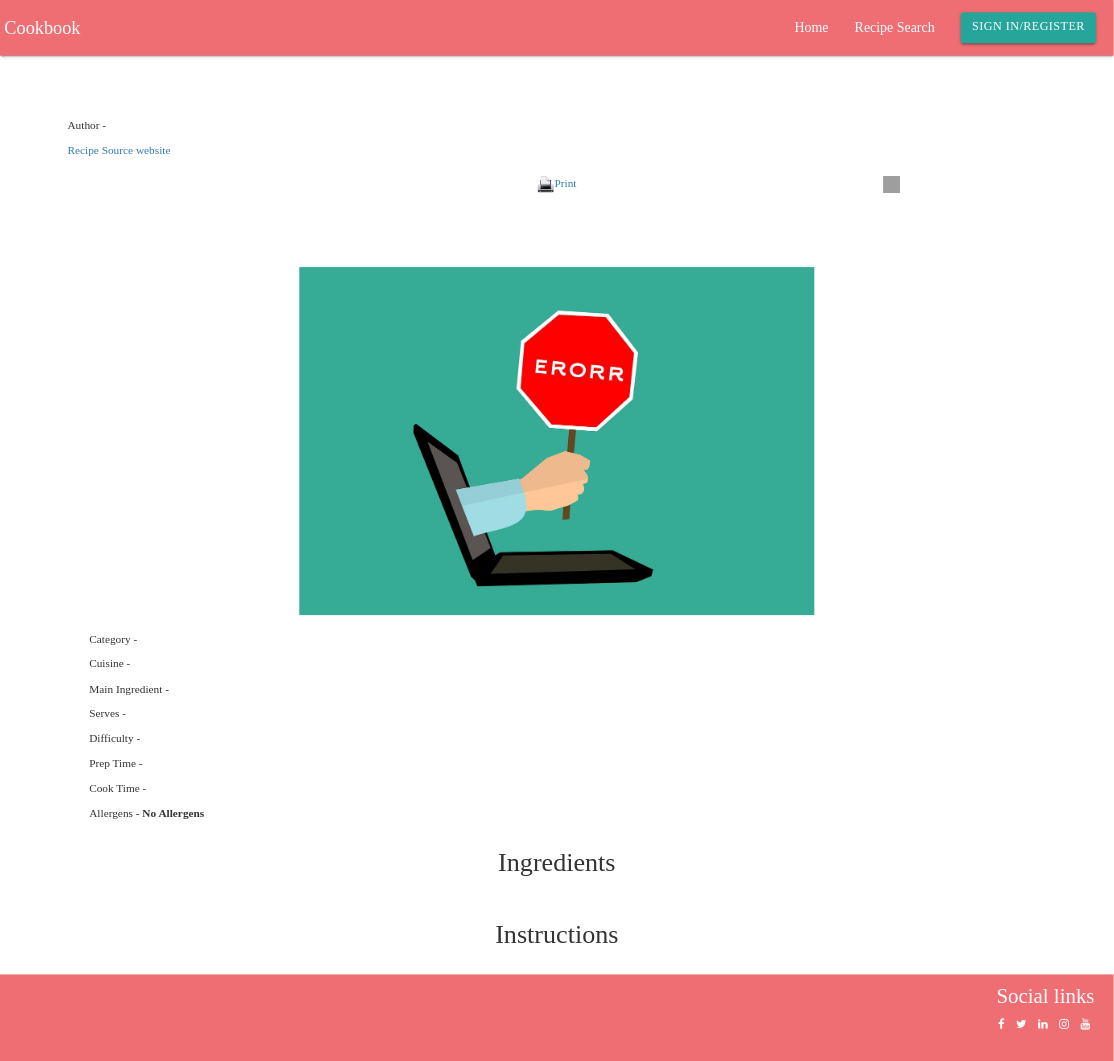
Repository: GrantMCA93/data-centric-dev-milestone-project
Page: templates/viewrecipe.html
The author's editor kept a record of every edit. The page is drawn from the files as they stood at one moment, then again after the next edit.
The browser window is 1280 px wide. The pictures show the whole page, at 87% of full size.
Pictures or frames that could not be fetched are drawn as grey boxes. Some web libraries are served in a nearby version. The template is drawn by Flask 3. The application's start-up code is not run. Other server files are loaded and not shown. The template is opened directly, without the code that normally fills it, so the values that code supplies are empty.

Above is the page before.

### templates/viewrecipe.html
{% extends 'base.html' %} {% block content %}
<div class="row">
    <div class="col-xs-12">

        <h3>{{recipe.recipe_name}}</h3>
        <p>Author - {{recipeauthor_name.username.title()}}</p>
        <a href="{{recipe.recipe_url}}">Recipe Source website </a>
    </div>
</div>
<!-- Print and Rate Recipe Features-->
<div class="row text-center utilities">
    {% if (recipe.author_name != session['userid']) and (session['isLoggedin'] == True)%}
    <!-- Recipe Rate Button -->
    <div class="col-xs-4">
        <form action="{{ url_for('update_vote', recipe_id=recipe._id) }}" method="POST" id="rateme" name="rateme">
            <button type="submit" title="Rate this recipe"><img
                                    src="{{ url_for('static', filename='img/recipes/likebutton.png')}}" style="height:20px; width:20px;" alt="Rate me">Rate</button>
        </form>
    </div>
    {% else %}
    <div class="col-xs-4"></div>
    {% endif %}
    <!-- Recipe Print Link -->
    <div class="col-xs-4">
        <a href="#" onclick="window.print();return false;" title="Print this recipe"><img
                                        src="{{ url_for('static', filename='img/recipes/print.png')}}" style="height:20px; width:20px;"  alt="Print"
                                        class="print">Print</a>
    </div>
    <!-- Recipe Votes Button -->
    <div class="col-xs-4">
        <img src="{{ url_for('static', filename='img/recipes/likebutton.png')}}" style="height:20px; width:20px;" alt="Rate me"><span id="vote_result">{{ recipe.votes }}</span>
    </div>
</div>

<!-- Rate Recipe Message -->
<div id="ratemeMessages" class="form-group mt-1 text-center" style="height:40px;"></div>
<!-- Recipe Information -->
<div class="row">
        <div class="custommargin">
            <div class="col-xs-12">
                <!-- Recipe Image -->
                <div class="col-xs-12 imagepositionviewrecipe">
                    <img src="{{recipe.images}}" onerror="if (this.src != '/static/img/recipes/errorimage.jpg') this.src = '/static/img/recipes/errorimage.jpg';" style="max-width: 100%;height: auto;max-height: 400px;">
                </div>
            </div>
            <!-- Various Recipe Information  -->
            <div class="task_header col-xs-12">
                <br>
                <p>Category - <strong>{{recipe.recipe_category}}</strong></p>
                <p>Cuisine - <strong>{{recipe.cuisine}}</strong></p>
                <p>Main Ingredient - <strong>{{recipe.main_ingredient}}</strong></p>
                <p>Serves - <strong>{{recipe.serves}}</strong></p>
                <p>Difficulty - <strong>{{recipe.difficulty}}</strong></p>
                <p>Prep Time - <strong>{{recipe.prep_time}}</strong></p>
                <p>Cook Time - <strong>{{recipe.cook_time}}</strong></p>
                <p>Allergens - <strong>{% if recipe.allergens|length > 0 %}
                                                {% for allergens in recipe.allergens %}
                                                {{ allergens }}
                                                {% endfor %}
                                            {% else %}
                                                No Allergens
                                            {% endif %}</strong></p>
            </div>
            {% if session['isLoggedin'] and session['userid'] == recipe['author_name'] %}
            <div class="task_header col-xs-12" style="display: -webkit-inline-box;">
                <!-- Recipe Delete Button-->
                <form action="{{url_for('viewrecipe_delete_recipe', recipe_id=recipe._id)}}" method="POST" style="margin-right: 10px;">
                    <button type="submit" class="width100paddingbottom waves-effect waves-light btn btn_small ">Delete Recipe</button>
                </form>
                <!-- Recipe Edit Link -->
                <a href="{{url_for('edit_recipe', recipe_id=recipe._id)}}" class="width100paddingbottom waves-effect waves-light btn btn_small blue">Edit Recipe</a>
            </div>
            {% else %}
            <div></div>
            {% endif %}
            <!-- Recipe Ingredients -->
            <div class="task_header col-xs-12" id="myrecipes">
                <h2>Ingredients</h2>
                <div class="row" id="ingredients" style="text-align: center;">
                    {% if recipe.ingredients|length > 2 %} {% for ingredient_col in recipe.ingredients | slice(2) %}
                    <div class="col-xs-12 col-md-6">
                        <ul>
                            {% for ingredient in ingredient_col %}
                            <li>{{ingredient }}
                            </li>
                            {% endfor %}
                        </ul>
                    </div>
                    {% endfor %} {% endif %}
                </div>
            </div>
            <!-- Recipe Instructions -->
            <div class="task_header col-xs-12" id="instructions">
                <h2>Instructions</h2>
                <ol>
                    {% for instruct in recipe.instructions %}

                        <li>{{ instruct }}</li>
                    </div>
                    {% endfor %}
                </ol>
            </div>
        </div>
</div>
{% endblock %}

### static/css/style.css
/*------ Font Size and styles for all pages ------*/
body{
    font-size: 13px !important;
    font-family: cursive !important;
}

ul{
    font-size: 13px !important;
}

h2{
   display: flex;
    justify-content: center;

}

/*------ Custom Button Parameters ------*/

.btn{
        padding: 6px 12px !important;
    padding-top: 6px !important;
    padding-right: 12px !important;
    padding-bottom: 6px !important;
    padding-left: 12px !important;
}



.btn_small{
    height: 24px;
    width: 60px;
    line-height: 24px;
    margin: 5px 5px;
    padding: 0 0.5em;
}

/*------ Custom Margins ------*/

.custommargin {
    margin: 10px 25px 10px 25px;
}


/*------ View Recipe Image Position ------*/

.imagepositionviewrecipe{
    display: flex;
    justify-content: center;
}


/*------ Navbar Link fonts ------*/

.desktopnavfont{
    font-size: 16px;
}

/*----- Override materialize modal styles -----*/
.modal {
     background-color: transparent;
     max-height: none;
     width: auto;
}

/*------ Custom Right amd left Margins ------*/

.marginrightleft5px{
    margin-left: 5px;
    margin-right: 5px;
}
 .marginrightleft10px{
     margin-left: 10px;
    margin-right: 10px;
 }

/*------ RECIPESEARCH page  Custom View Recipe Buttom ------*/

.viewrecipebutton{
    color: white;
}


.viewrecipebuttonmargin{
    margin-left: 15px;
    margin-right: 15px;
}


/*------ RECIPESEARCH page  remove dropdown menu second arrow  ------*/

.select-wrapper span.caret {
    color: initial;
    position: absolute;
    right: 0;
    top: 0;
    bottom: 0;
    height: 10px;
    margin: auto 0;
    font-size: 0px;
    line-height: 10px;
}



/*------ VIEWRECIPE page custom edit and recipe button  ------*/

.width100paddingbottom{
    width: 100%;
    padding-bottom: 24px !important;
}

/*------ MYRECIPES page keeps myrecipe information table inline on mobile devices  ------*/

@media (max-width: 992px){
.d-none {
    display: none!important;
}
}

/*------ MYRECIPES page center text within my recipe table  ------*/

.center-text{
    text-align: center!important;
}

/*------ MYRECIPES page center Buttoms within my recipe table  ------*/
@media (min-width: 992px){
.manage-recipe-buttons{
    display: flex;

    }
}

@media (max-width: 992px){
.manage-recipe-buttons{
    display: flex;
    margin-left: 25% !important;
    margin-right: 25% !important;

    }
}

/*------ Customized colour of rated heart symbol  ------*/

.fa-heart:before {
    color: red;
}

/*----- Homepage (index) background -----*/


.pizza-wallpaper {
  /*----- The image used -----*/
  background-image: url("/static/img/recipes/pizza-wallpaper.jpeg");

  /*----- Image height -----*/
  min-height: 500px;
    height: 80%;
  /*----- Center and scale the image nicely -----*/
  background-position: center;
  background-repeat: no-repeat;
  background-size: cover;
}

/*----- Homepage (index) background text size on large screens -----*/
@media (min-width: 768px){
.homepageheading {
    font-size: 40px;
    }
}

@media (min-width: 768px){
.homepageparagraph {
    font-size: 30px;
    }
}


/*----- Footer -----*/
.footer {
    bottom: 0;
    height: 100px;
    font-size: x-large;
    overflow: hidden;
    z-index: 110;
    position: inherit;
    background: #141414;
    padding: 12px 7px 10px;
    color: white;
    width: 100%;
    border: none;
    margin: 0px;
    background-color: #ee6e73;
    text-align: right;
}

.fa {
    display: inline-block;
    font: normal normal normal 14px/1 FontAwesome;
    font-size: inherit;
    text-rendering: auto;
    -webkit-font-smoothing: antialiased;
    -moz-osx-font-smoothing: grayscale;
}

.footer-icon-color{
 color: white;
}

.footer-icons-size{
    font-size: x-large !important;
}

Loaded but not shown: static/js/cookbookcustom_script.js (200 lines, source omitted); static/js/counter.js (19 lines, source omitted); templates/base.html (253 lines, source omitted)

After the next edit:
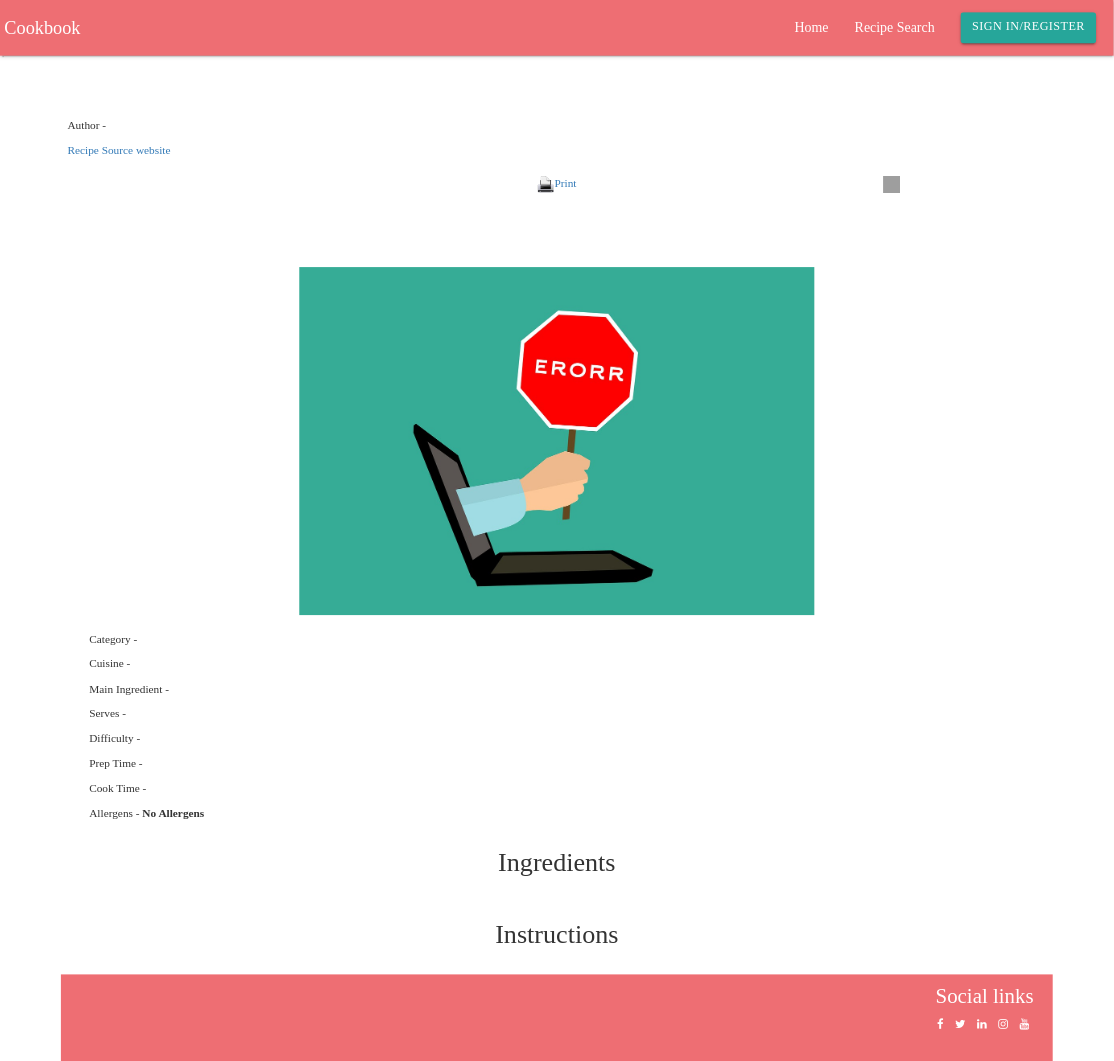
The edit:
--- a/templates/viewrecipe.html
+++ b/templates/viewrecipe.html
@@ -92,6 +92,7 @@
             <!-- Recipe Instructions -->
             <div class="task_header col-xs-12" id="instructions">
                 <h2>Instructions</h2>
+                <div class="instuctions-line">
                 <ol>
                     {% for instruct in recipe.instructions %}
 
